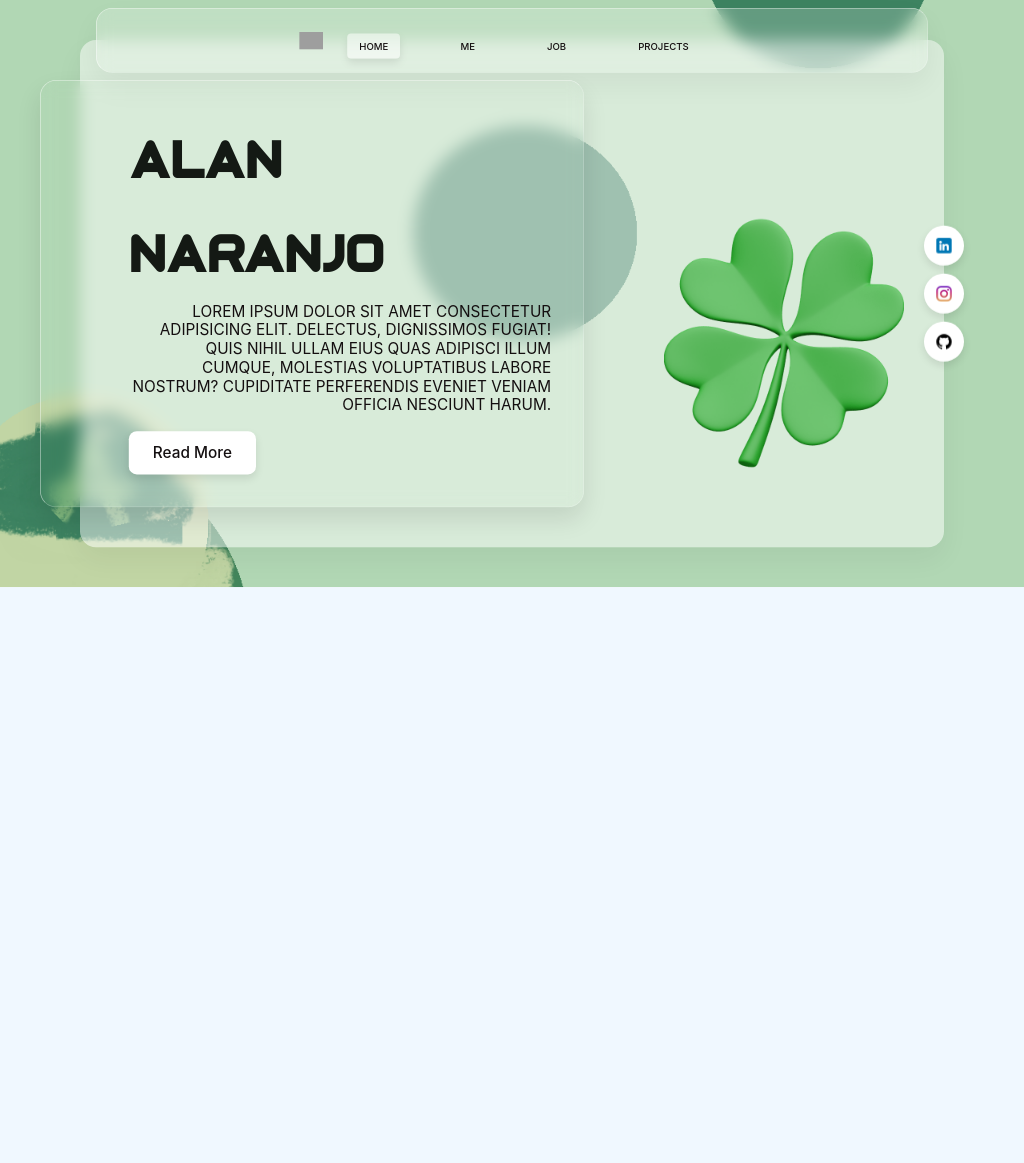
Repository: L-A-M-J-O/Me-sitio-Web
Page: / (app in my-project/)
An editor plug-in stored every save of this project. The page is shown before and after the next save, followed by the edit.
The browser window is 1280 px wide. The pictures show the whole page, at 80% of full size.
Pictures or frames that could not be fetched are drawn as grey boxes. Backgrounds fixed to the window are drawn as part of the page. The project was rebuilt for these pictures with package versions that can differ from the ones it lists, and the page was loaded fresh each time.

Above is the page before, as saved 2022-09-19 16:45:35.

### my-project/src/App.jsx
import './App.css';
import Me from './components/Me/Me';

import Navbar from './components/Navbar/Navbar'


function App() {
  return (
    <>
      <Navbar/>
      <Me/>
    </>


  );
}

export default App;

### my-project/src/App.css
 * {
    margin: 0;
    padding: 0;
    box-sizing: border-box;
 }

### my-project/src/components/Me/Me.jsx
import React from 'react'

import '../Me/Me.css'

function Me() {
  return (
    <div className='section-me' id='me'>

    </div>
  )
}

export default Me

### my-project/src/components/Navbar/Navbar.jsx
import React from 'react'

import {Link} from 'react-scroll'

import logotipo from '../../assets/img/logotipo.png'
import icon from '../../assets/img/icon.png'
import instagram from '../../assets/img/instagram.png'
import linkedin from '../../assets/img/linkedin.png'
import github from '../../assets/img/github.png'

import '../Navbar/Navbar.css'


function Navbar() {
  return (
    <section id='nav'>
      <div className='container-m'>
        <header>
          <Link to='nav' className='logo'><img src={ icon} alt='icon' width={30}/></Link>
          <ul>
            <li><Link to='nav' className='active'>Home</Link></li>
            <li><Link to='me' href='#' className=''>Me</Link></li>
            <li><Link href='#' className=''>Job</Link></li>
            <li><Link href='#' className=''>Projects</Link></li>
          </ul>
        </header>
        <div className='content'>
          <h2>Alan Naranjo</h2>
          <p>Lorem ipsum dolor sit amet consectetur adipisicing elit. Delectus, dignissimos fugiat! Quis nihil ullam eius quas adipisci illum cumque, molestias voluptatibus labore nostrum? Cupiditate perferendis eveniet veniam officia nesciunt harum.</p>
          <Link href='#'>Read More</Link>
        </div>
        <div className='img-icon'>
          <img src={ logotipo } alt='logotipo'/>
        </div>
        <ul className='sci'>
          <li><Link href='#'><img src={linkedin} alt='linkedin'/></Link></li>
          <li><Link href='#'><img src={instagram} alt='instagram'/></Link></li>
          <li><Link href='#'><img src={github} alt='github'/></Link></li>
        </ul>
      </div>
    </section>
  )
}

export default Navbar

### my-project/src/components/Me/Me.css
.section-me {
    display: flex;
    justify-content: center;
    align-items: center;
    min-height: 100vh;
    background-color: aliceblue;
    background-position: center;
    background-attachment: fixed;
    padding: 50px;
}

### my-project/src/components/Navbar/Navbar.css
@font-face {
    font-family: Osiris;
    src: url(../../assets//img/Osiris.otf);
}

section {
    display: flex;
    justify-content: center;
    align-items: center;
    min-height: 100vh;
    background-image: url(../../assets/img/banner.png);
    background-position: center;
    background-attachment: fixed;
    padding: 50px;
}
.container-m{
    position: relative;
    width: calc(100% - 100px);
    height: 88vh;
    background-color: rgba(255, 255, 255, 0.5);
    box-shadow:  0 15px 35px rgba(0, 0, 0, 0.05);
    border-radius: 20px;
    display: flex;
    justify-content: space-between;
    align-items: center;
    padding: 50px;
}
header {
    position: absolute;
    top: -40px;
    right: 20px;
    left: 20px;
    padding: 20px 50px;
    display: flex;
    justify-content: center;
    align-items: baseline;
    background: rgba(255, 255, 255, 0.2);
    box-shadow:  0 15px 35px rgba(0, 0, 0, 0.05);
    border-radius: 20px;
    backdrop-filter: blur(10px);
    border: 1px solid rgba(255, 255, 255, 0.25);
    border-top: 1px solid rgba(255, 255, 255, 0.5);
    border-left: 1px solid rgba(255, 255, 255, 0.5);
}

header .logo {
    color: #140f10;
    font-weight: 700;
    text-decoration: none;
    font-size: 2rem;
}
header ul {
    display: flex;
}
header ul li {
    list-style: none;
    margin:  0 30px;
}
header ul li a {
    border: var(--default-border-width) solid var(--default-border-color);
    border-radius: var(--default-border-radius);
    text-transform: uppercase;
    font-weight: 500;
    font-size: max(12px,.9375vw);
    padding: 0 1.3333em;
    height: 2.5555em;
    line-height: 1.2222222222;
    transition: background-color .15s ease-in-out;
    -webkit-appearance: none;
    appearance: none;
    text-decoration: none;
    color: #140f10;
    padding: 8px 15px;
    border-radius: 25px;
    cursor: pointer;
}
header ul li a:hover,
header ul li a.active {
    border-radius: 5px;
    background-color: #ffffff81;
    color: #140f10;
    box-shadow: 0 5px 10px rgba(0, 0, 0, 0.1);
}

.content {
    transform: translateX(-100px);
    max-width: 700px;
    box-shadow:  0 15px 30px rgba(0, 0, 0, 0.1);
    border-radius: 20px;
    backdrop-filter: blur(10px);
    border: 1px solid rgba(255, 255, 255, 0.25);
    border-top: 1px solid rgba(255, 255, 255, 0.5);
    border-left: 1px solid rgba(255, 255, 255, 0.5);
    padding: 40px;
    padding-left: 110px;
}
.content h2 {
    font-family: Osiris;
    font-size: 4rem;
    line-height: 1.85;
    text-transform: lowercase;
    margin: 0;
    color: #141914;
}
.content p {
    text-align: end;
    border: var(--default-border-width) solid var(--default-border-color);
    border-radius: var(--default-border-radius);
    text-transform: uppercase;
    font-weight: 400;
    font-size: max(12px,.9375vw);
    line-height: 1.2222222222;
    transition: background-color .15s ease-in-out;
    -webkit-appearance: none;
    appearance: none;
    font-size: 1.2em;
    color: #140f10;
}
.content a {
    display: inline-block;
    padding: 15px 30px;
    background: #fff;
    color: #140f10;
    margin-top: 20px;
    border-radius: 10px;
    font-size: 1.2em;
    font-weight: 500;
    text-decoration: none;
    box-shadow:  0 5px 10px rgba(0, 0, 0, 0.1);
}
.img-icon img {
    max-width: 400px;
    animation: animate 5s linear infinite;
}
@keyframes animate {
    0%,100%{
        transform: translateY(50px);
    }
    50% {
        transform: translateY(100px);
    }
}
.sci {
    position: absolute;
    right: -25px;
    display: flex;
    justify-content: center;
    align-items: center;
    flex-direction: column;
}
.sci li {
    list-style: none;
}
.sci li a {
    text-decoration: none;
    width: 50px;
    height: 50px;
    background: #fff;
    display: flex;
    justify-content: center;
    align-items: center;
    border-radius: 50%;
    margin: 5px 0;
    box-shadow: 0 5px 10px rgba(0, 0, 0, 0.1);
}
.sci li a img {
    transform: scale(0.6);
    transition: 0.5s;
}
sci li:hover a img {
    transform: scale(0.6) rotate(360deg);
}

Loaded but not shown: my-project/src/index.js (common file); my-project/src/index.css (common file); my-project/src/reportWebVitals.js (common file)

After the next save:
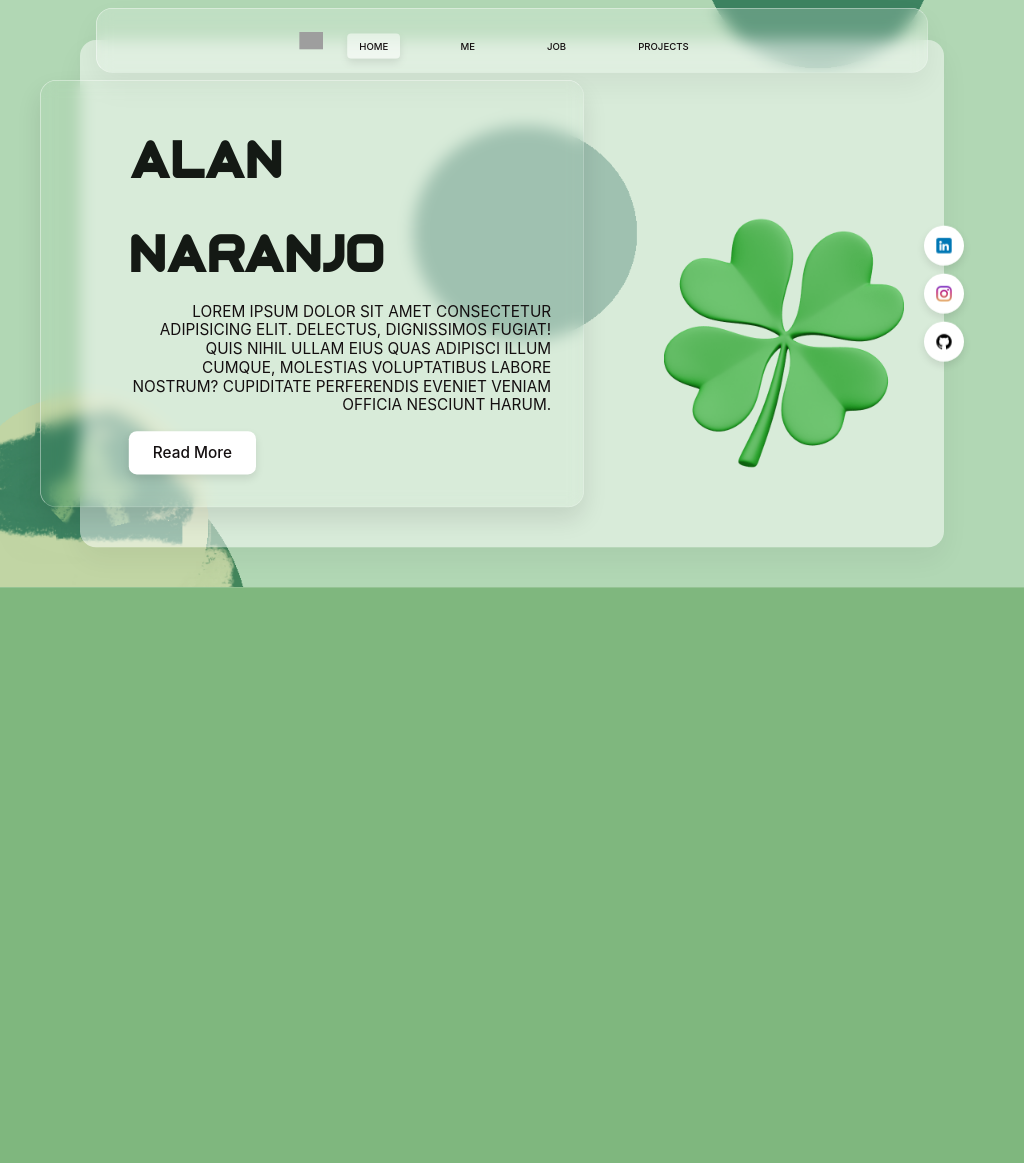
Saved 12 s later.
--- a/my-project/src/components/Me/Me.css
+++ b/my-project/src/components/Me/Me.css
@@ -3,7 +3,7 @@
     justify-content: center;
     align-items: center;
     min-height: 100vh;
-    background-color: aliceblue;
+    background-color: #7FB77E;
     background-position: center;
     background-attachment: fixed;
     padding: 50px;
